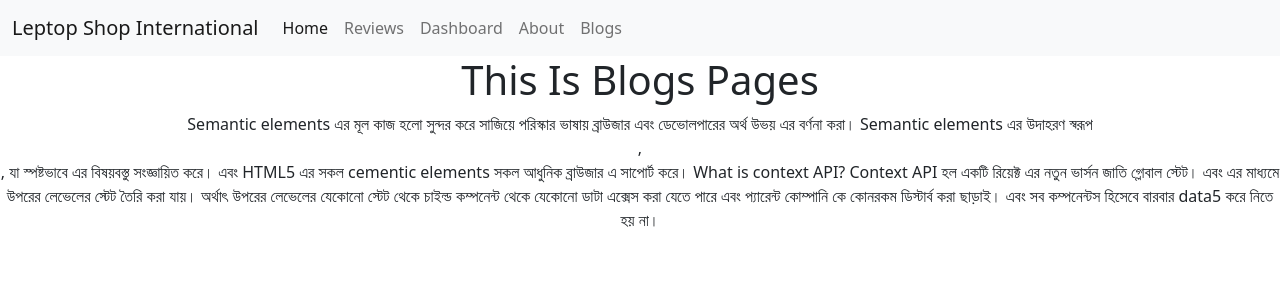
Repository: devsajid/product-analysis-website
Page: /Blogs
These files come from the project's save history. The page is drawn as it stood at one moment and after the next save; the edit follows.
The browser window is 1280 px wide. The pictures show the whole page.
The project was rebuilt for these pictures with package versions that can differ from the ones it lists, and the page was loaded fresh each time. Also part of the build but not shown: src/Components/Header/Headers.css, src/Components/Header/Headers.js, src/Components/reviewBox/ReviewBox.js, src/Components/Reviews/ReviewsHook.js, src/Components/Reviews/Reviews.js, src/Components/Home/Home.js, src/Components/AreaChert/styles.css, src/Components/AreaChert/AreaChert.js and 5 more.

Above is the page before, as saved 2022-08-03 22:00:04.

After the next save:
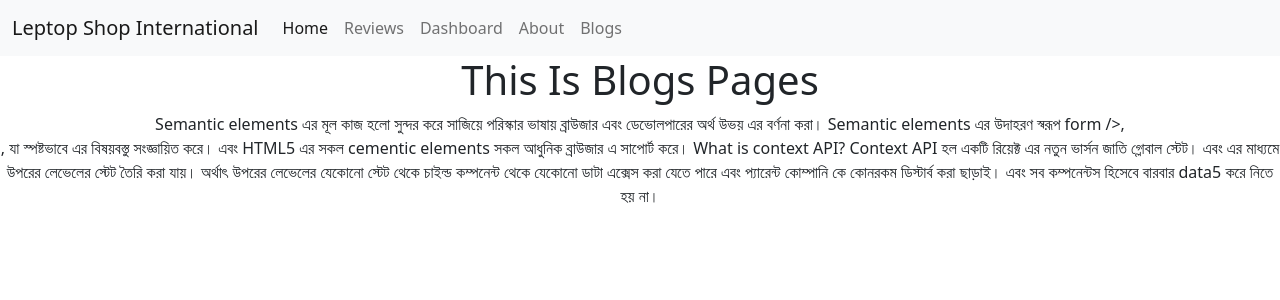
Saved 5 min 15 s later.
--- a/src/Components/Blogs/Blogs.js
+++ b/src/Components/Blogs/Blogs.js
@@ -9,14 +9,14 @@ export default function Blogs() {
       <p>
         Semantic elements এর মূল কাজ হলো সুন্দর করে সাজিয়ে পরিস্কার ভাষায়
         ব্রাউজার এবং ডেভোলপারের অর্থ উভয় এর বর্ণনা করা। Semantic elements এর
-        উদাহরণ স্বরূপ <form />,<table />,<img /> যা স্পষ্টভাবে এর বিষয়বস্তু
-        সংজ্ঞায়িত করে। এবং HTML5 এর সকল cementic elements সকল আধুনিক ব্রাউজার এ
-        সাপোর্ট করে। What is context API? Context API হল একটি রিয়েক্ট এর নতুন
-        ভার্সন জাতি গ্লোবাল স্টেট। এবং এর মাধ্যমে উপরের লেভেলের স্টেট তৈরি করা
-        যায়। অর্থাৎ উপরের লেভেলের যেকোনো স্টেট থেকে চাইল্ড কম্পনেন্ট থেকে
-        যেকোনো ডাটা এক্সেস করা যেতে পারে এবং প্যারেন্ট কোম্পানি কে কোনরকম
-        ডিস্টার্ব করা ছাড়াই। এবং সব কম্পনেন্টস হিসেবে বারবার data5 করে নিতে হয়
-        না।
+        উদাহরণ স্বরূপ form />,
+        <table />,<img /> যা স্পষ্টভাবে এর বিষয়বস্তু সংজ্ঞায়িত করে। এবং HTML5
+        এর সকল cementic elements সকল আধুনিক ব্রাউজার এ সাপোর্ট করে। What is
+        context API? Context API হল একটি রিয়েক্ট এর নতুন ভার্সন জাতি গ্লোবাল
+        স্টেট। এবং এর মাধ্যমে উপরের লেভেলের স্টেট তৈরি করা যায়। অর্থাৎ উপরের
+        লেভেলের যেকোনো স্টেট থেকে চাইল্ড কম্পনেন্ট থেকে যেকোনো ডাটা এক্সেস করা
+        যেতে পারে এবং প্যারেন্ট কোম্পানি কে কোনরকম ডিস্টার্ব করা ছাড়াই। এবং সব
+        কম্পনেন্টস হিসেবে বারবার data5 করে নিতে হয় না।
       </p>
     </div>
   );
